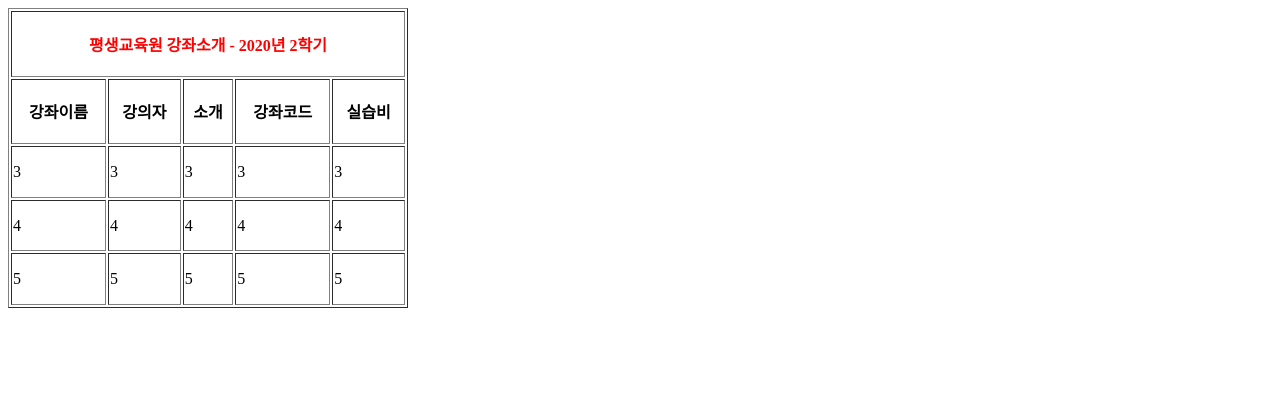
Repository: nijooymik/smartfactory
Page: jsp/t0718/src/main/webapp/html/tableex.html
The author's editor kept a copy of each file at every save. The page is drawn from the files as they stood at one save, then again after the next save.
The browser window is 1280 px wide. The pictures show the whole page.

Above is the page before, as saved 2022-07-18 05:24:41.

After the next save:
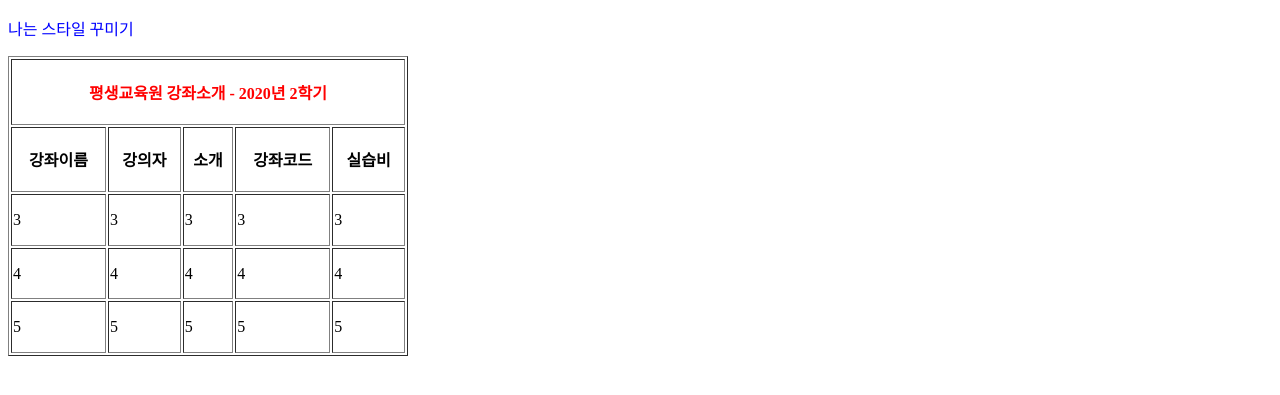
Saved 3 min 6 s later.
--- a/jsp/t0718/src/main/webapp/html/tableex.html
+++ b/jsp/t0718/src/main/webapp/html/tableex.html
@@ -5,6 +5,9 @@
 <title>Insert title here</title>
 </head>
 <body>
+<p style="font:italic bold 3em;color:blue">
+	나는 스타일 꾸미기
+</p>
 	<table border=1 width=400 height="300">
 	<tr>
 		<th colspan=5><font color="red" face="궁서체">평생교육원 강좌소개 - 2020년 2학기</font></th>
